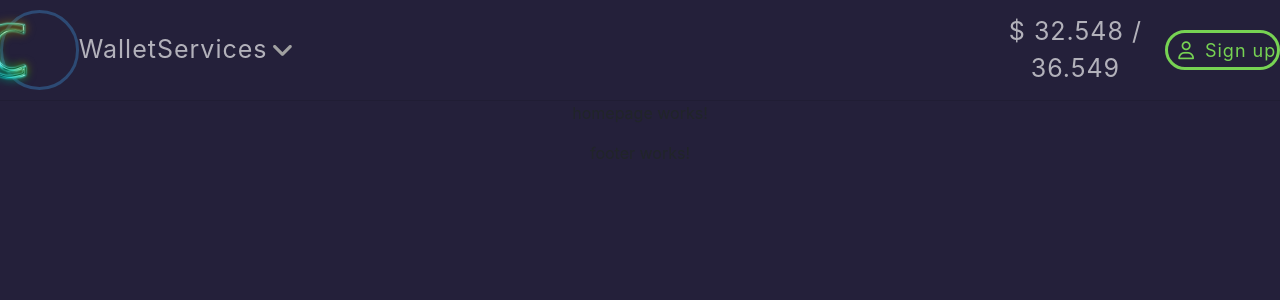
Repository: YuriyBen/Corzbank
Page: / (app in Corzbank.Web/ClientApp/)
The author's editor kept a copy of each file at every save. The page is drawn from the files as they stood at one save, then again after the next save.
The browser window is 1280 px wide. The pictures show the whole page.
Some web libraries are served in a nearby version. The project was rebuilt for these pictures with package versions that can differ from the ones it lists, and the page was loaded fresh each time. Also part of the build but not shown: Corzbank.Web/ClientApp/angular.json.

Above is the page before, as saved 2022-05-19 21:00:50.

### Corzbank.Web/ClientApp/src/index.html
<!DOCTYPE html>
<html lang="en">
  <head>
    <meta charset="utf-8" />
    <title>Corzbank.Web</title>
    <base href="/" />

    <meta name="viewport" content="width=device-width, initial-scale=1" />
    <link rel="icon" type="image/x-icon" href="favicon.ico" />

    <script src="https://kit.fontawesome.com/61ebb60581.js" crossorigin="anonymous"></script>
  </head>
  <body>
    <app-root>Loading...</app-root>
  </body>
</html>

### Corzbank.Web/ClientApp/src/styles.css
/* You can add global styles to this file, and also import other style files */

/* Provide sufficient contrast against white background */
a {
  color: #0366d6;
}

code {
  color: #e01a76;
}

.btn-primary {
  color: #fff;
  background-color: #1b6ec2;
  border-color: #1861ac;
}
body{
  display: block;
  text-align: -webkit-center;
  background-color: #24203A;
}
.main{
 /* background-color: red; */
  padding: 0;
  width: 85%;
}

### Corzbank.Web/ClientApp/src/app/app.module.ts
import { BrowserModule } from '@angular/platform-browser';
import { NgModule } from '@angular/core';
import { FormsModule } from '@angular/forms';
import { HttpClientModule, HTTP_INTERCEPTORS } from '@angular/common/http';
import { RouterModule } from '@angular/router';

import { AppComponent } from './app.component';
import { HomepageComponent } from './homepage/homepage.component';
import { HeaderComponent } from './header/header.component';
import { FooterComponent } from './footer/footer.component';

@NgModule({
  declarations: [
    AppComponent,
    HomepageComponent,
    HeaderComponent,
    FooterComponent
  ],
  imports: [
    BrowserModule.withServerTransition({ appId: 'ng-cli-universal' }),
    HttpClientModule,
    FormsModule,
    RouterModule.forRoot([
      { path: '', component: HomepageComponent, pathMatch: 'full' },
    ])
  ],
  providers: [],
  bootstrap: [AppComponent]
})
export class AppModule { }

### Corzbank.Web/ClientApp/src/app/app.component.html
<body>
  <app-header></app-header>
  <div class="container">
    <router-outlet></router-outlet>
  </div>
  <app-footer></app-footer>
</body>

### Corzbank.Web/ClientApp/src/app/homepage/homepage.component.html
<p>homepage works!</p>

### Corzbank.Web/ClientApp/src/app/header/header.component.html
<div class="navbar">
    <div class="navbar-block">
        <div class="left-block">
            <div class="circle">

            </div>
            <div class="logo">
                <img src="assets/photos/logo.png" alt="logo">
            </div>
            <span>Wallet</span>
            <div class="services">
                <span>Services</span>
                <i class="fa fa-angle-down"></i>
            </div>
        </div>
        <div class="right-block">
            <div class="exchange">
                <span>$ 32.548 / 36.549</span>
            </div>
            <div class="account">
                <i class="far fa-user"></i>
                <p>Sign up</p>
            </div>
        </div>
    </div>
</div>
<hr>

### Corzbank.Web/ClientApp/src/app/header/header.component.scss
*{
    padding: 0;
    margin: 0;
    box-sizing: border-box;
}
.navbar{
    // background-color: green;
    height: 100px;
    display: flex;
    justify-content: space-between;
    align-items: center;
    font-size: 25px;
    letter-spacing: 1px;
}
.navbar-block{
    display: contents;
    width: 80%;
}
.left-block , .right-block{
    display: flex;
    justify-content: space-between;
    width: 23%;
    align-items: baseline;
    align-items: center;
}
.navbar span{
    color: white;
    opacity: 65%;
}
.left-block .circle{
    background: transparent;
    border-radius: 50px;
    border: 3px solid #2D4A74;
    height: 80px;
    width: 80px;
    position: relative;
}
.left-block img{
    width: 100px;
    position: absolute;
    right: 95.7%;
    top: 0%;
}
.left-block .services{
    display: flex;
    width: 140px;
    justify-content: space-between;
    align-items: center;
}
.right-block .account{
    display: -webkit-inline-box;
    width: 140px;
    height: 40px;
    -webkit-box-align: center;
    border-radius: 32px;
    background: transparent;
    border: 3px solid #77D353;
    padding: 0 10px;
    -webkit-box-pack: center;
    font-size: 18px;

}
.account p, .far{
    color: #77D353;
}
.services i{
    color: #a1a1a1;
}
.account .far{
    margin-right: 10px;
}

Loaded but not shown: Corzbank.Web/ClientApp/src/main.ts (common file); Corzbank.Web/ClientApp/src/environments/environment.ts (common file); Corzbank.Web/ClientApp/src/app/app.component.ts (common file); Corzbank.Web/ClientApp/src/app/homepage/homepage.component.ts (common file); Corzbank.Web/ClientApp/src/app/header/header.component.ts (common file); Corzbank.Web/ClientApp/src/app/footer/footer.component.ts (common file); Corzbank.Web/ClientApp/src/app/footer/footer.component.html (common file); Corzbank.Web/ClientApp/src/app/footer/footer.component.scss (no stored copy; drawn as an empty file); Corzbank.Web/ClientApp/src/app/homepage/homepage.component.scss (no stored copy; drawn as an empty file)

After the next save:
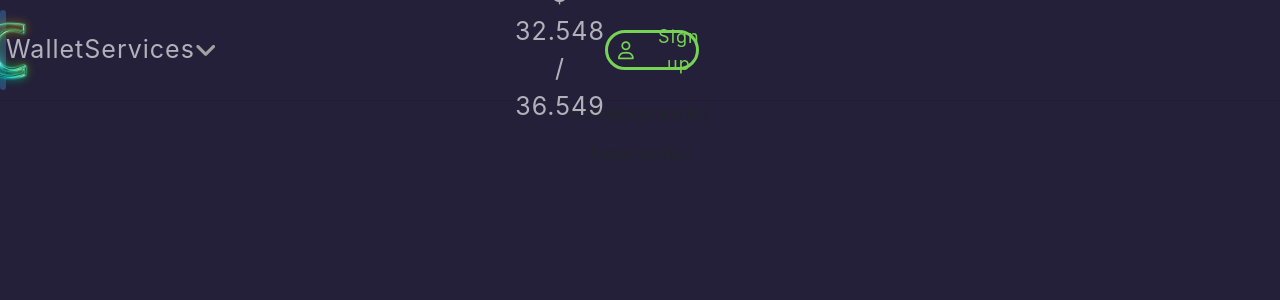
Saved 91 min 18 s later.
--- a/Corzbank.Web/ClientApp/src/app/header/header.component.scss
+++ b/Corzbank.Web/ClientApp/src/app/header/header.component.scss
@@ -13,8 +13,12 @@
     letter-spacing: 1px;
 }
 .navbar-block{
-    display: contents;
-    width: 80%;
+    height: 100px;
+    display: flex;
+    justify-content: space-between;
+    align-items: center;
+    font-size: 25px;
+    letter-spacing: 1px;
 }
 .left-block , .right-block{
     display: flex;
